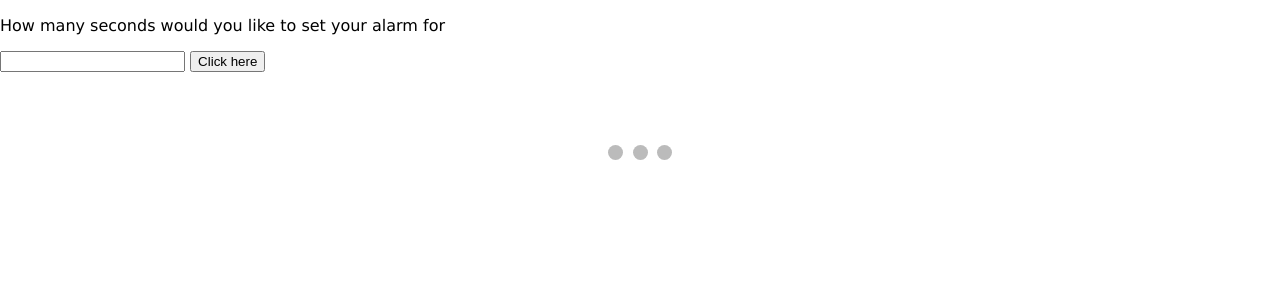
Repository: andyd71/Javascript-Projects
Page: Basic Javascript Projects/Project9_countdown_slideshow/index.html
These files come from the project's save history. The page is drawn as it stood at one moment and after the next save; the edit follows.
The browser window is 1280 px wide. The pictures show the whole page.

Above is the page before, as saved 2021-03-09 19:41:01.
Console error: TypeError: Cannot read properties of undefined (reading 'style')

After the next save:
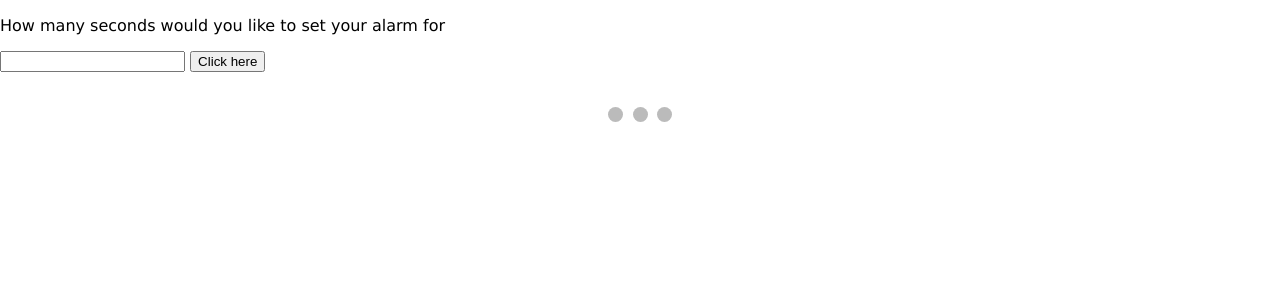
Saved 4 min 6 s later.
--- a/Basic Javascript Projects/Project9_countdown_slideshow/index.html
+++ b/Basic Javascript Projects/Project9_countdown_slideshow/index.html
@@ -5,30 +5,30 @@
     <meta charset="utf-8">
     <meta name="viewport" content="width=device-width, initial-scale=1, shrink-to-fit=no">
     <script src="JS/main.js"></script>
-    <link rel="stylesheet" type="text/css" href="CSS/main.css">
+    <link rel="stylesheet" type="text/css" href="JS/main.css">
   </head>
   <body>
       <p>How many seconds would you like to set your alarm for</p>
       <input id="seconds" value=""/>
       <button onclick="countdown()">Click here</button>
-      <p id="timer"></p><br><br>
+      <p id="timer"></p>
 
       <div class="slideshow-container">
         <div class="mySlides fade">
           <div class="numbertext">1 / 3</div>
-          <img src="nature.jpg" style ="width: 800px">
+          <img src="nature.jpg" style ="width: 500px">
           <div class="text">Caption Text</div>
         </div>
 
         <div class="mySlides fade">
           <div class="numbertext">2 / 3</div>
-          <img src="snow.jpg" style ="width: 800px">
+          <img src="snow.jpg" style ="width: 500px">
           <div class="text">Caption Two</div>
         </div>
 
         <div class="mySlides fade">
           <div class="numbertext">3 / 3</div>
-          <img src="mountain.jpg" style ="width: 800px">
+          <img src="mountain.jpg" style ="width: 500px">
           <div class="text">Caption Three</div>
         </div>
 
